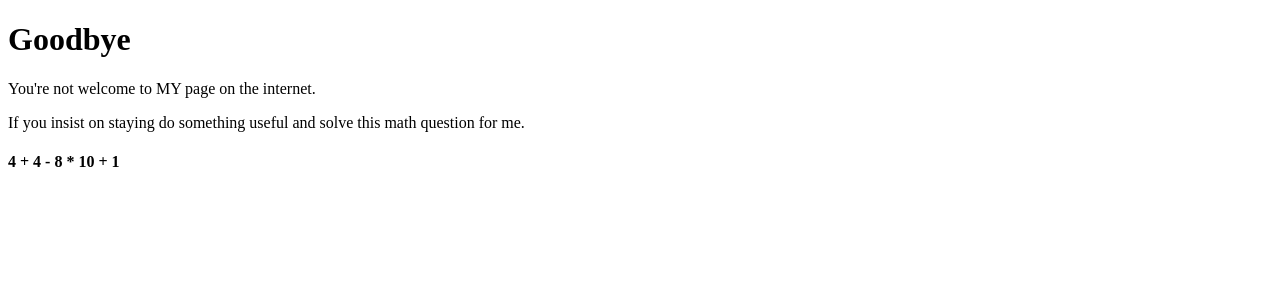
Repository: ParkerW98/Customer-Dis-service
Page: docs/index.html
These files come from the project's save history. The page is drawn as it stood at one moment and after the next save; the edit follows.
The browser window is 1280 px wide. The pictures show the whole page.

Above is the page before, as saved 2023-04-19 16:53:32.

### docs/index.html
<!DOCTYPE html>
<html lang="en">
<head>
    <meta charset="UTF-8">
    <meta http-equiv="X-UA-Compatible" content="IE=edge">
    <meta name="viewport" content="width=device-width, initial-scale=1.0">
    <title>Document</title>
</head>
<body>
    <h1>Goodbye</h1>
    <p>You're not welcome to MY page on the internet.</p>
    <p>If you insist on staying do something useful and solve this math question for me.</p>

    <form>
        <div id="math-problem">
            <h4>4 + 4 - 8 * 10 + 1</h4>
        </div>
    </form>
</body>
</html>

After the next save:
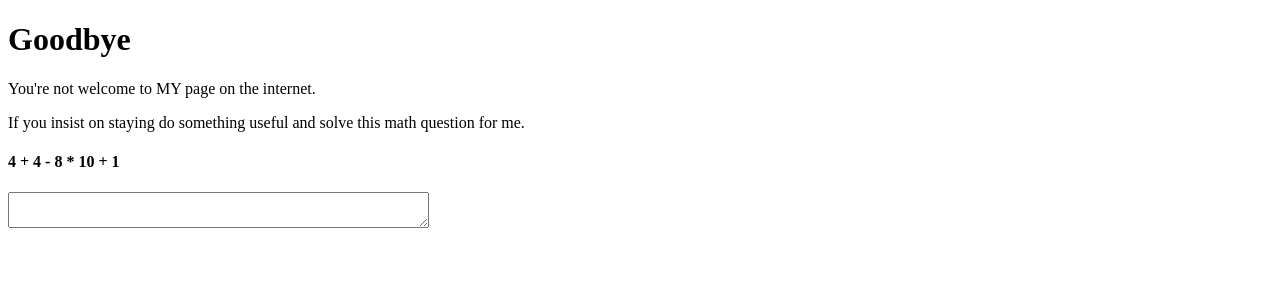
Saved 2 min 23 s later.
--- a/docs/index.html
+++ b/docs/index.html
@@ -14,6 +14,7 @@
     <form>
         <div id="math-problem">
             <h4>4 + 4 - 8 * 10 + 1</h4>
+            <textarea cols="50" id="answer" onfocus="changeMath()"></textarea>
         </div>
     </form>
 </body>
